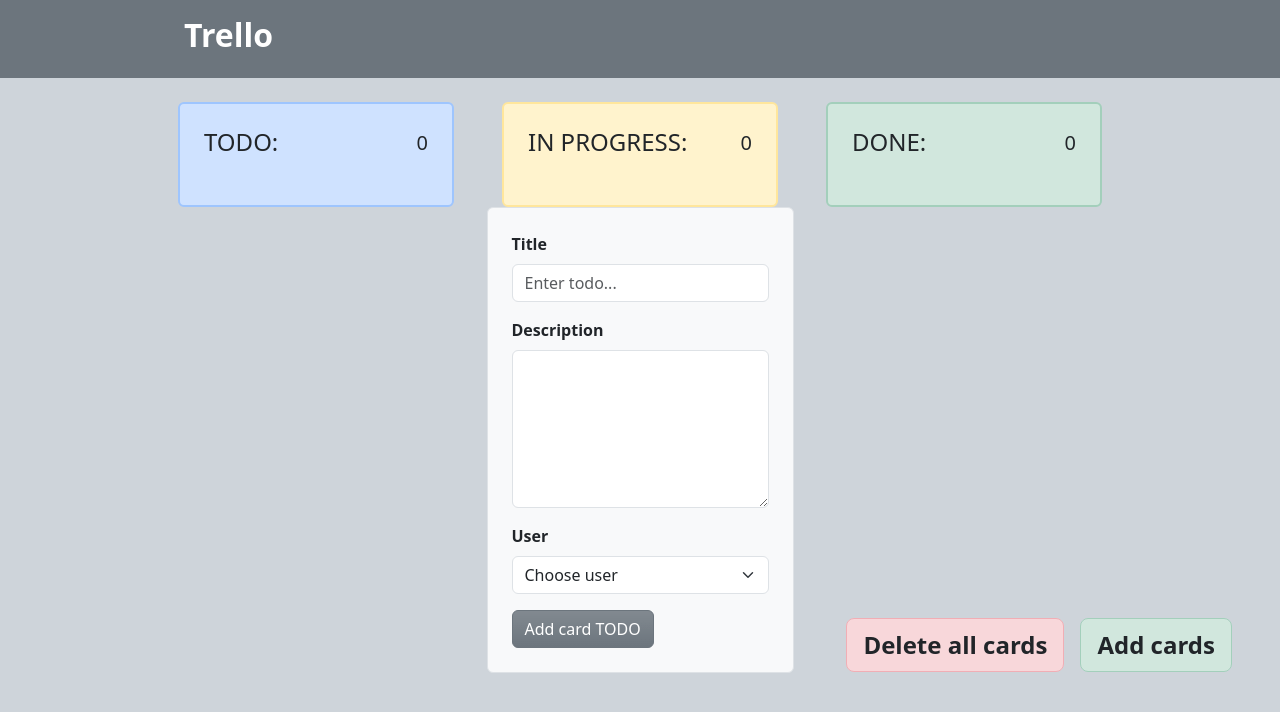
Repository: Valeria154/trello-app-clone
Page: / (app in trello-app-project/)
An editor plug-in stored every save of this project. The page is shown before and after the next save, followed by the edit.
The browser window is 1280 px wide. The pictures show the whole page.
The project was rebuilt for these pictures with package versions that can differ from the ones it lists, and the page was loaded fresh each time. Also part of the build but not shown: trello-app-project/vite.config.js.

Above is the page before, as saved 2025-03-15 19:50:17.
Console error: ReferenceError: showClock is not defined

### trello-app-project/src/index.html
<!doctype html>
<html lang="en">

<head>
	<meta charset="UTF-8" />
	<meta name="viewport" content="width=device-width, initial-scale=1.0" />
	<title>Trello</title>
	<script type="module" src="./main.js"></script>
</head>

<body class="bg-dark-subtle">
	<header class="bg-secondary p-3">
		<div class="container d-flex justify-content-between align-items-center mx-autox w-75">
			<h1 class="fs-2 fw-bold text-white">Trello</h1>
			<div class="fs-5 fw-semibold text-white" id="clock"></div>
		</div>
	</header>
	<main class="p-4">
		<div class="container text-center w-75">
			<div class="row align-items-start mb-6 gap-5">
				<!-- TODO -->
				<div class="col border border-primary-subtle border-2 rounded-2 text-dark p-4 bg-primary-subtle">
					<div class="d-flex justify-content-between mb-3">
						<h4>TODO:</h4>
						<div id="todoCount" class="fs-5">0</div>
					</div>
					<div id="todo"></div>
				</div>
				<!-- In progress -->
				<div class="col border border-warning-subtle border-2 rounded-2 text-dark p-4 bg-warning-subtle">
					<div class="d-flex justify-content-between mb-3">
						<h4>IN PROGRESS:</h4>
						<div id="progressCount " class="fs-5">0</div>
					</div>
					<div id="progress"></div>
				</div>
				<!-- Done -->
				<div class="col border border-success-subtle border-2 rounded-2 text-dark p-4 bg-success-subtle">
					<div class="d-flex justify-content-between mb-3">
						<h4>DONE:</h4>
						<div id="doneCount" class="fs-5">0</div>
					</div>
					<div id="done"></div>
				</div>
			</div>
			<div class="d-grid gap-2 d-md-flex justify-content-md-end position-fixed bottom-0 end-0 p-5">
				<button class="btn btn-lg bg-danger-subtle border-danger-subtle me-md-2 fs-4 fw-semibold" type="button"
					id="deleteAllBtn">Delete all
					cards</button>
				<button id="addCardBtn" class="btn btn-lg bg-success-subtle border-success-subtle fs-4 fw-semibold"
					type="button">Add
					cards</button>
			</div>
			<!-- Modal TODO -->
			<div class="d-flex justify-content-center align-items-center">
				<form class="p-4 border rounded bg-light text-start fw-semibold">
					<div class="mb-3">
						<label for="titile" class="form-label">Title</label>
						<input type="text" class="form-control" id="title" placeholder="Enter todo...">
					</div>
					<div class="mb-3">
						<label for="description" class="form-label">Description </label>
						<textarea type="text" class="form-control" id="description" rows="6"
							placeholder="Write description here">
						</textarea>
					</div>
					<div class="mb-3">
						<label for="user" class="form-label">User </label>
						<select id="user" class="form-select">
							<option selected value="">Choose user</option>
							<option value="Amelia">Amelia</option>
							<option value="Mary">Mary</option>
							<option value="Thomas">Thomas</option>
							<option value="Harry">Harry</option>
							<option value="Susan">Susan</option>
						</select>
					</div>
					<button type="submit" class="btn btn-primary bg-secondary bg-gradient border-secondary">Add card
						TODO</button>
				</form>
			</div>
		</div>
	</main>

</body>

</html>

### trello-app-project/src/main.js
import './style.scss'
// import javascriptLogo from './javascript.svg'
// import viteLogo from '/vite.svg'

const clockElement = document.querySelector('#clock')
const addCardElement = document.querySelector('#addCardBtn')
const formElement =

	//функция, которая отражает часы
	function showClock() {
		clockElement.textContent = new Date().toLocaleTimeString()
	}
setInterval(showClock, 1000)
showClock()

addCardElement.addEventListener('click', handleClickButtonAddCard)

function handleClickButtonAddCard() {
	Toggle
}
// function handleClickButtonAddTodo() {
// 	toggleModal(formModalElement)
// 	formElement.innerHTML = buildFormModal()
// }

Loaded but not shown: trello-app-project/src/style.scss (common file)

After the next save:
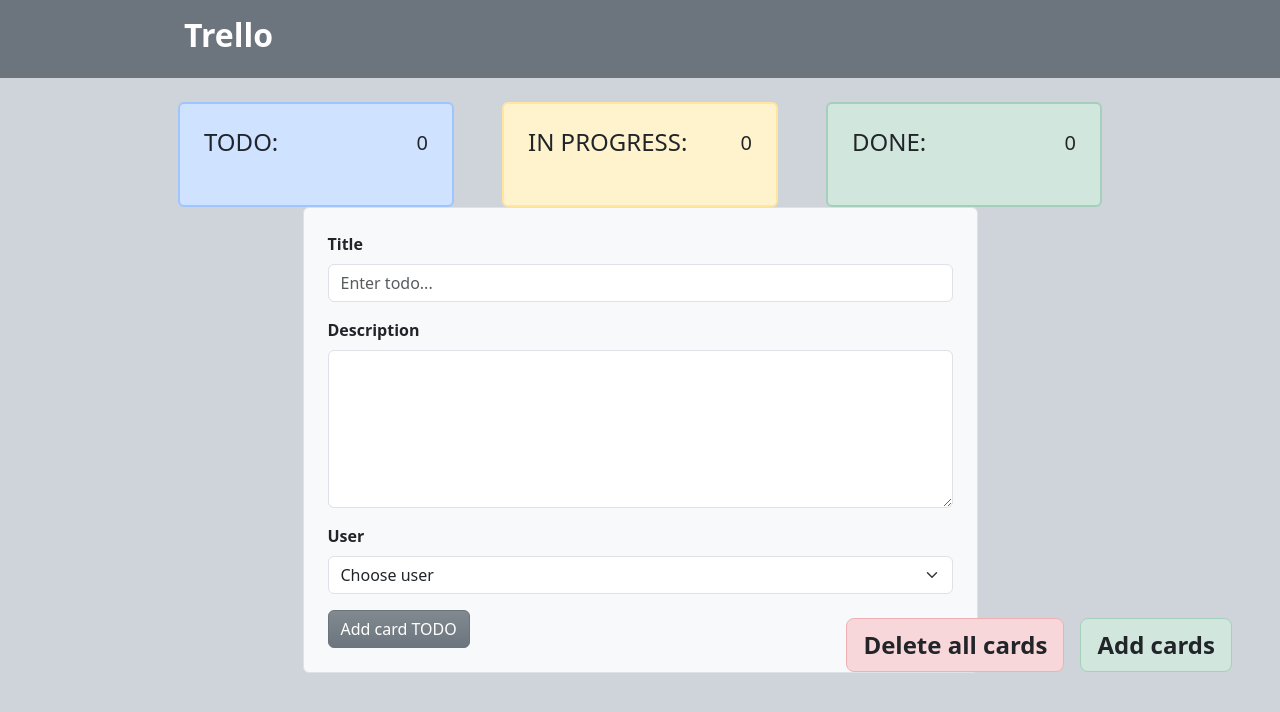
Saved 12 s later.
--- a/trello-app-project/src/index.html
+++ b/trello-app-project/src/index.html
@@ -53,7 +53,7 @@
 			</div>
 			<!-- Modal TODO -->
 			<div class="d-flex justify-content-center align-items-center">
-				<form class="p-4 border rounded bg-light text-start fw-semibold">
+				<form class="p-4 border rounded bg-light text-start fw-semibold w-75">
 					<div class="mb-3">
 						<label for="titile" class="form-label">Title</label>
 						<input type="text" class="form-control" id="title" placeholder="Enter todo...">
